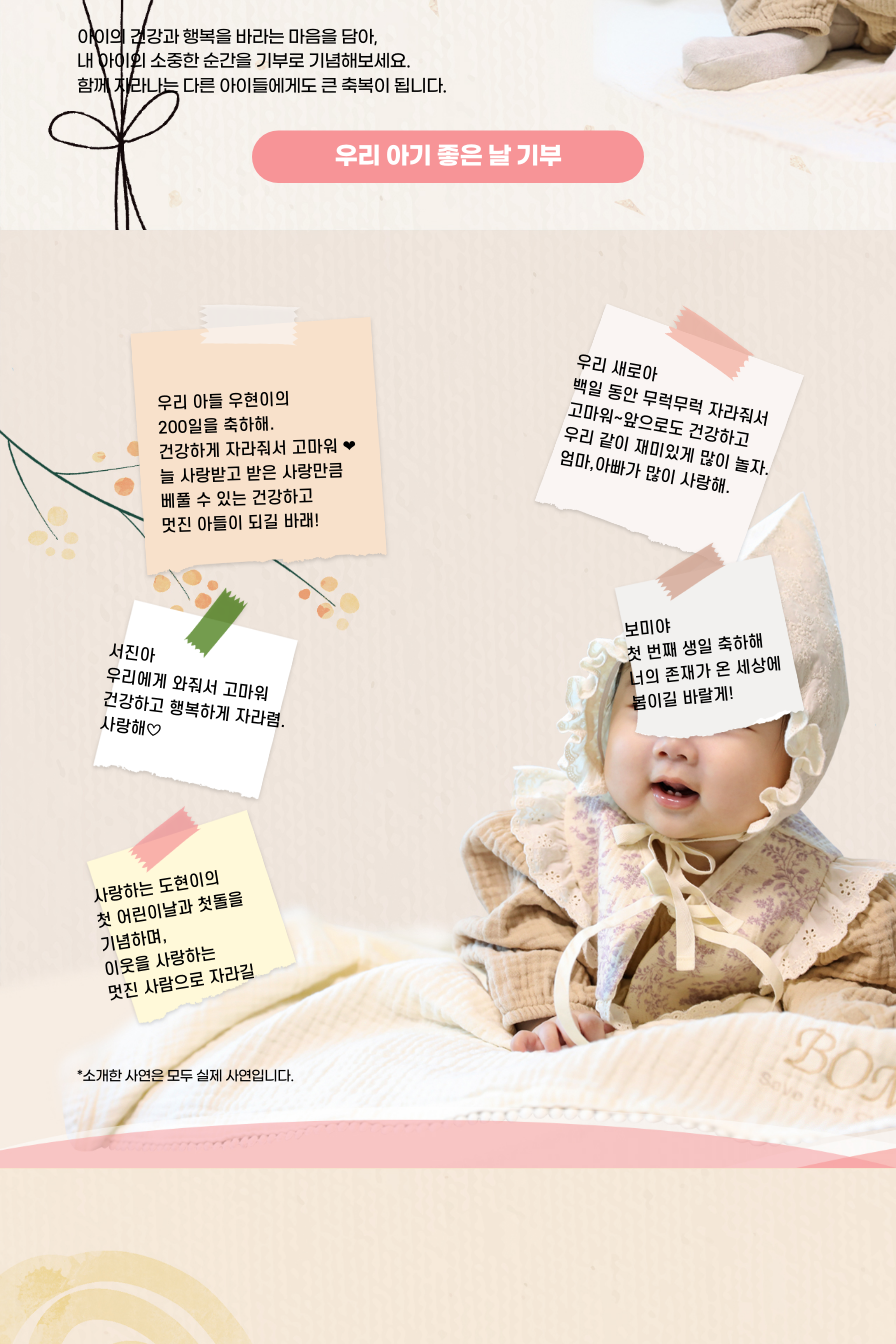
Repository: dlgywls1130/save_the_children
Page: index.html
The author's editor kept a copy of each file at every save. The page is drawn from the files as they stood at one save, then again after the next save.
The browser window is 1280 px wide. The pictures show the part of the page from y = 752 to 2672 px (the page is 4840 px tall), at 70% of full size.

Above is the page before, as saved 2023-12-12 22:25:43.

After the next save:
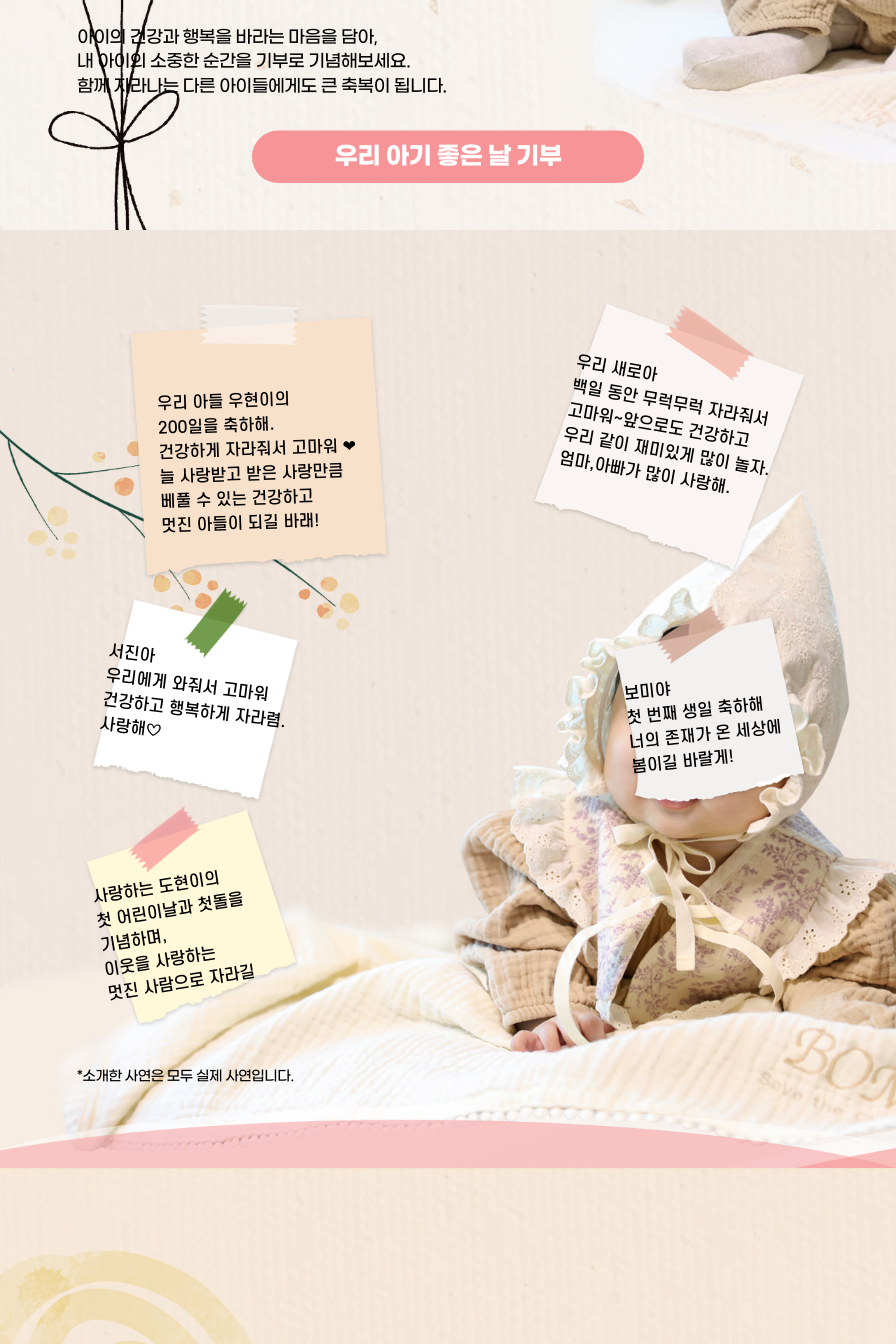
Saved 25 s later.
--- a/css/style.css
+++ b/css/style.css
@@ -277,7 +277,7 @@
     background-size: contain;
     padding: 120px 56px 60px;
     box-sizing: border-box;
-    top: 31%;
+    top: 39%;
     right: 0;
     transform: rotate(354deg);
 }
